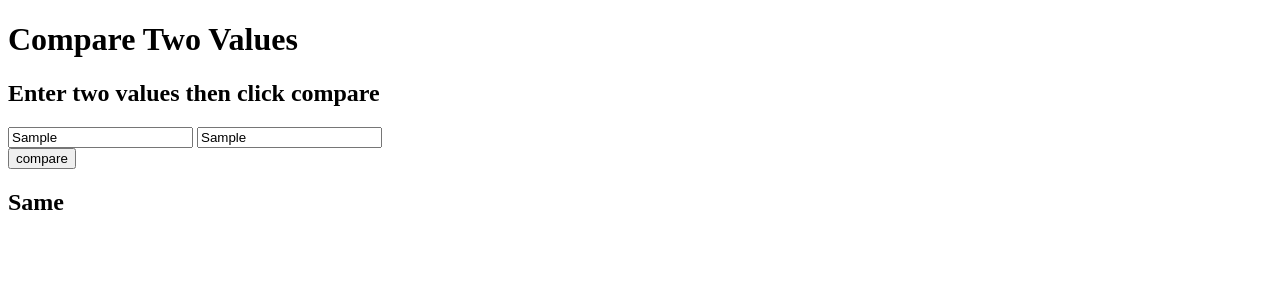
Repository: thecptwaffles/compareWebApp
Page: index.html
An editor plug-in stored every save of this project. The page is shown before and after the next save, followed by the edit.
The browser window is 1280 px wide. The pictures show the whole page.
Empty fields were first filled with sample values (such as "Sample", 5 or name@example.com).
After loading, the first visible `button` was clicked once.

Above is the page before, as saved 2022-10-04 20:01:46.

After the next save:
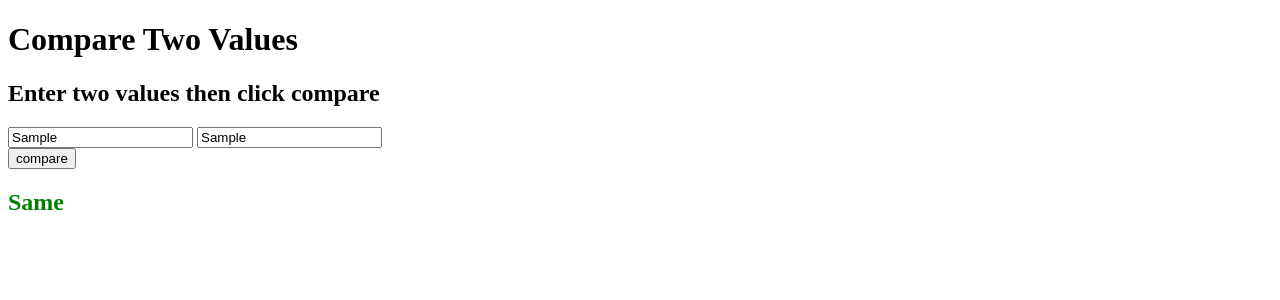
Saved 2 min 55 s later.
--- a/script.js
+++ b/script.js
@@ -6,6 +6,7 @@ function returnText() {
 
     if (start == end) {
         output.innerHTML = "Same"
+        output.style.color = "green"
     } else {
         output.innerHTML = "Not The Same!"
     }
